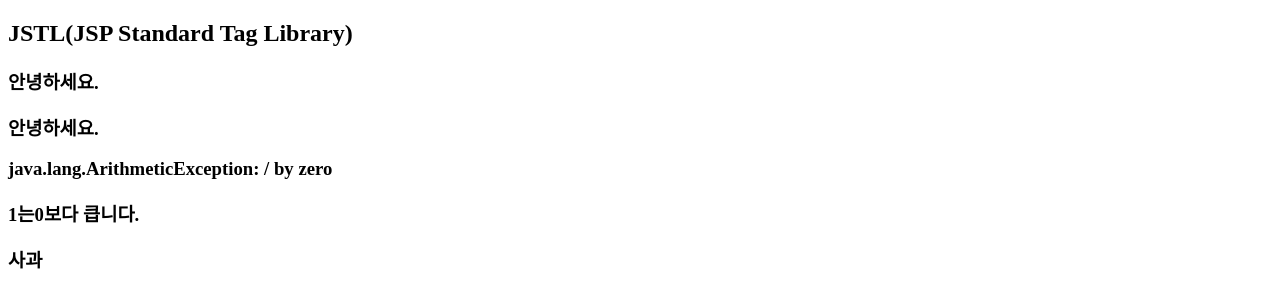
Repository: daehyuk1231/lect_labs_java
Page: http://localhost/java_web/jstl.jsp
These files come from the project's save history. The page is drawn as it stood at one moment and after the next save; the edit follows.
The browser window is 1280 px wide. The pictures show the whole page.
The page is served by Tomcat 10. Other server files are loaded and not shown.

Above is the page before, as saved 2025-08-14 08:36:31.

### java_web/src/main/webapp/jstl.jsp
<%@ page language="java" contentType="text/html; charset=UTF-8"
	pageEncoding="UTF-8"%>
<%@ taglib prefix="c" uri="jakarta.tags.core"%>
<%@ taglib prefix="fmt" uri="jakarta.tags.fmt"%>
<%@ taglib prefix="fn" uri="jakarta.tags.functions"%>
<!DOCTYPE html>
<html>
<head>
<meta charset="UTF-8">
<title>Insert title here</title>
</head>
<body>
	<h2>JSTL(JSP Standard Tag Library)</h2>

	<%-- 변수 --%>
	<c:set var="msg" value="안녕하세요." />
	<h3>${msg }</h3>
	<h3>
		<c:out value="${msg }" />
	</h3>
	<c:remove var="msg" />

	<c:catch var="ex">
		<%
		int c = 1 / 0;
		%>
	</c:catch>
	<h3>${ex }</h3>

	<c:set var="a" value="1" />
	<c:if test="${a>0 }">
		<h3>${a }는0보다 큽니다.</h3>
	</c:if>

	<c:set var="b" value="사과" />
	<c:choose>
		<c:when test="${b == '사과' }">
			<h3>사과</h3>
		</c:when>
		<c:otherwise>
			<h3>과일이 아닙니다.</h3>
		</c:otherwise>
	</c:choose>
</body>
</html>

After the next save:
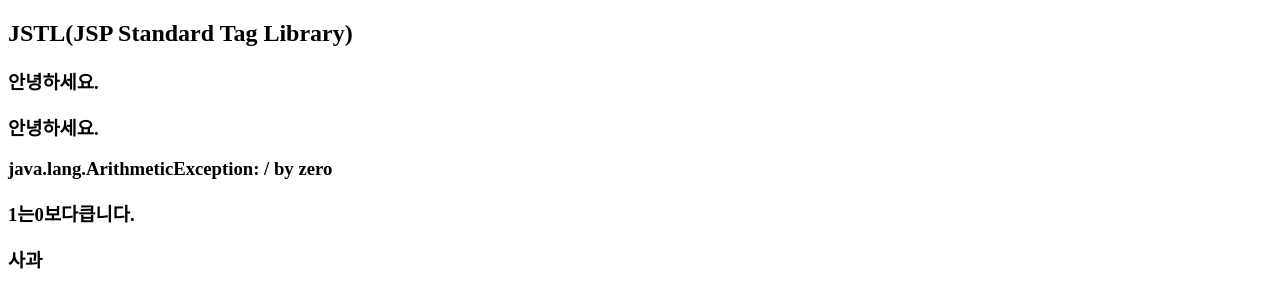
Saved 3 days later.
--- a/java_web/src/main/webapp/jstl.jsp
+++ b/java_web/src/main/webapp/jstl.jsp
@@ -29,7 +29,7 @@
 
 	<c:set var="a" value="1" />
 	<c:if test="${a>0 }">
-		<h3>${a }는0보다 큽니다.</h3>
+		<h3>${a }는0보다큽니다.</h3>
 	</c:if>
 
 	<c:set var="b" value="사과" />
@@ -41,5 +41,9 @@
 			<h3>과일이 아닙니다.</h3>
 		</c:otherwise>
 	</c:choose>
+	<%
+	String[] list = { "A", "B", "C", "D", "E" };
+	%>
+
 </body>
 </html>
